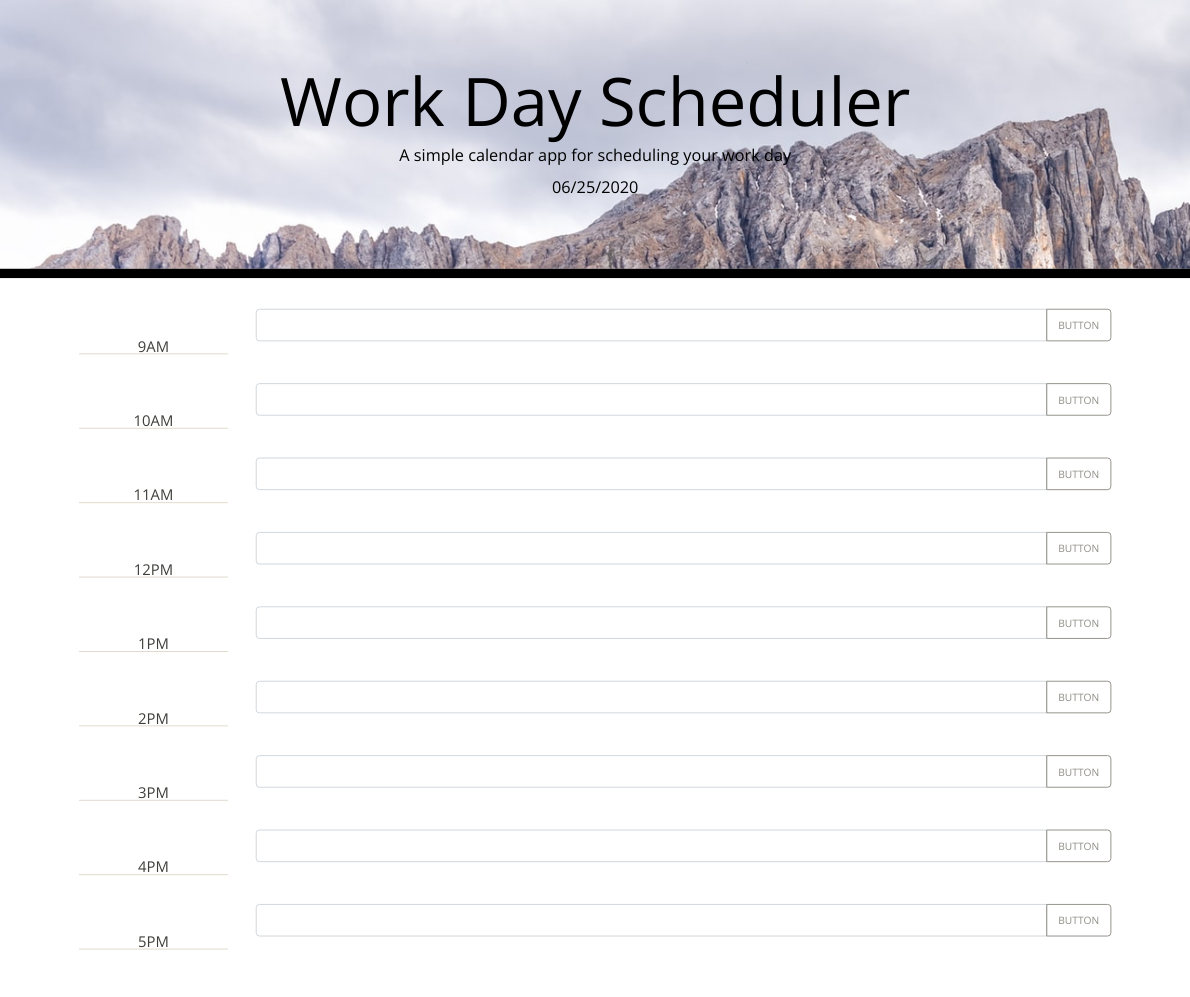
Repository: himaja830/Day-Planner
Page: Develop/index.html
An editor plug-in stored every save of this project. The page is shown before and after the next save, followed by the edit.
The browser window is 1280 px wide. The pictures show the whole page, at 93% of full size.
Some web libraries are served in a nearby version.

Above is the page before, as saved 2020-06-25 15:16:13.

### Develop/index.html
<!DOCTYPE html>
<html lang="en">

<head>
  <meta charset="UTF-8" />
  <meta name="viewport" content="width=device-width, initial-scale=1.0" />
  <meta http-equiv="X-UA-Compatible" content="ie=edge" />
  <link rel="stylesheet" href="https://stackpath.bootstrapcdn.com/bootstrap/4.3.1/css/bootstrap.min.css" />
  <link href="https://stackpath.bootstrapcdn.com/bootswatch/4.5.0/sandstone/bootstrap.min.css" rel="stylesheet" integrity="sha384-ztQCCdmKhYHBDMV3AyR4QGZ2/z6veowJBbsmvDJW/sTuMpB9lpoubJuD0ODGSbjh" crossorigin="anonymous">
  <link rel="stylesheet" href="https://use.fontawesome.com/releases/v5.8.1/css/all.css"
    integrity="sha384-50oBUHEmvpQ+1lW4y57PTFmhCaXp0ML5d60M1M7uH2+nqUivzIebhndOJK28anvf" crossorigin="anonymous" />
  <link href="https://fonts.googleapis.com/css?family=Open+Sans&display=swap" rel="stylesheet" />
  <link rel="stylesheet" href="style.css" />
  <title>Work Day Scheduler</title>
</head>

<body>
  <header class="jumbotron">
    <h1 class="display-3">Work Day Scheduler</h1>
    <p class="lead">A simple calendar app for scheduling your work day</p>
    <p id="currentDay" class="lead"></p>
  </header>

  <!-- Timeblocks go here -->
  <div class="container">
    <form></form>
    <div class="row">
      <div class="col-2">
        <p class= "border-bottom">9AM</p>
      </div>
      <div class="input-group mb-3 col-10">
        <input type="text" class="form-control"  aria-label="Recipient's username"
          aria-describedby="button-addon2" id="9">
        <div class="input-group-append">
          <button class="btn btn-outline-secondary" type="button" id="button-addon9" data-time="9">Button</button>
        </div>
      </div>
    </div>
  </form>
    <form>
      <div class="row">
        <div class="col-2">
          <p class="border-bottom">10AM</p>
        </div>
        <div class="input-group mb-3 col-10">
          <input type="text" class="form-control"  aria-label="Recipient's username"
            aria-describedby="button-addon2" id="10">
          <div class="input-group-append">
            <button class="btn btn-outline-secondary" type="button" id="button-addon10" data-time="10">Button</button>
          </div>
        </div>
      </div>
    </form>
    <div class="row">
      <div class="col-2">
        <p class="border-bottom">11AM</p>
      </div>
      <div class="input-group mb-3 col-10">
        <input type="text" class="form-control"  aria-label="Recipient's username"
          aria-describedby="button-addon2" id="11">
        <div class="input-group-append">
          <button class="btn btn-outline-secondary" type="button" id="button-addon11" data-time="11">Button</button>
        </div>
      </div>
    </div>
  </form>

    <form>
      <div class="row">
        <div class="col-2" >
          <p class="border-bottom">12PM</p>
        </div>
        <div class="input-group mb-3 col-10">
          <input type="text" class="form-control"  aria-label="Recipient's username"
            aria-describedby="button-addon2" id="12">
          <div class="input-group-append">
            <button class="btn btn-outline-secondary" type="button" id="button-addon12" data-time="12">Button</button>
          </div>
        </div>
      </div>
    </form>

    <form>
      <div class="row">
        <div class="col-2">
          <p class="border-bottom">1PM</p>
        </div>
        <div class="input-group mb-3 col-10">
          <input type="text" class="form-control"  aria-label="Recipient's username"
            aria-describedby="button-addon2" id="1">
          <div class="input-group-append">
            <button class="btn btn-outline-secondary" type="button" id="button-addon1" data-time="1">Button</button>
          </div>
        </div>
      </div>
    </form>

    <form>
      <div class="row">
        <div class="col-2">
          <p class="border-bottom">2PM</p>
        </div>
        <div class="input-group mb-3 col-10">
          <input type="text" class="form-control"  aria-label="Recipient's username"
            aria-describedby="button-addon2" id="2">
          <div class="input-group-append">
            <button class="btn btn-outline-secondary" type="button" id="button-addon2" data-time="2">Button</button>
          </div>
        </div>
      </div>
    </form>
    <form>
      <div class="row">
        <div class="col-2">
          <p class="border-bottom">3PM</p>
        </div>
        <div class="input-group mb-3 col-10">
          <input type="text" class="form-control"  aria-label="Recipient's username"
            aria-describedby="button-addon2" id="3">
          <div class="input-group-append">
            <button class="btn btn-outline-secondary" type="button" id="button-addon3" data-time="3">Button</button>
          </div>
        </div>
      </div>
    </form>

    <form>
      <div class="row">
        <div class="col-2">
          <p class="border-bottom">4PM</p>
        </div>
        <div class="input-group mb-3 col-10">
          <input type="text" class="form-control"  aria-label="Recipient's username"
            aria-describedby="button-addon2" id="4">
          <div class="input-group-append">
            <button class="btn btn-outline-secondary" type="button" id="button-addon4" data-time="4">Button</button>
          </div>
        </div>
      </div>
    </form>

    <form>
      <div class="row">
        <div class="col-2">
          <p class="border-bottom">5PM</p>
        </div>
        <div class="input-group mb-3 col-10">
          <input type="text" class="form-control"  aria-label="Recipient's username"
            aria-describedby="button-addon2" id="5">
          <div class="input-group-append">
            <button class="btn btn-outline-secondary" type="button" id="button-addon5" data-time="5">Button</button>
          </div>
        </div>
      </div>
    </form>
  </div>


  <script src="https://code.jquery.com/jquery-3.4.1.min.js"></script>
  <script src="https://cdnjs.cloudflare.com/ajax/libs/moment.js/2.24.0/moment.min.js"></script>
  <script src="script.js"></script>
</body>

</html>

### Develop/style.css
body {
  font-family: 'Open Sans', sans-serif;
  font-size: 16px;
  line-height: 1;
}

textarea{
  background: transparent;
  border: none;
  resize: none;
  color: #000000;
  border-left: 1px solid black;
  padding: 10px;
}

.jumbotron {
  text-align: center;
  background-color: transparent;
  font-weight: bolder;
  color: black;
  border-radius: 0;
  border-bottom: 10px solid black;
  background-image: url("riccardo-chiarini-2VDa8bnLM8c-unsplash (2).jpg");
}

.description{
  white-space: pre-wrap;
}

.time-block{
  text-align: center;
  border-radius: 15px;
}

.row {
  white-space: pre-wrap;
  height: 80px;
  border-top: 1px solid white;;
}

.hour {
  background-color: #ffffff;
  color: #000000;
  border-top: 1px dashed #000000;
}

.past {
  background-color: #d3d3d3;
  color: white;
}

.present {
  background-color: #ff6961;
  color: white;
}

.future {
  background-color: #77dd77;
  color: white;
}

.saveBtn {
  border-left: 1px solid black;
  border-top-right-radius: 15px;
  border-bottom-right-radius: 15px;
  background-color: #06AED5;
  color: white;
}
.border-bottom {
  text-align: center;
  vertical-align: middle;


}

.saveBtn i:hover {
  font-size: 20px;
  transition: all .3s ease-in-out;
}
.btn {
  height: 35px;
}
.bg-red {
  background-color: rgb(255, 1, 1);
}
.bg-green {

  background-color: rgba(8, 131, 8, 0.788);
}

.bg-gray {
  background-color: #cfdce9da;
}

### Develop/script.js
$(document).ready(() => {
    localStorage.setItem("userData",[]);


    var now = moment().format("MM/DD/YYYY");
    var date = $("#currentDay");
    date.text(now);



    $(".btn").on("click", function (event) {
        event.preventDefault();
        var inputText = event.target;
        var input = $(this).attr("data-time");
        var inputText = $(`#${input}`).val();
        localStorage.setItem("inputText",$(`#${input}`).val());
    })


    function setItemStorage(userData){
         var userData = getItem
    }

    $("input").each(function () {
        var inputText = parseInt($(this).attr("data-time"));
        if (inputText < now) {
            $(this).addClass("bg-gray");
        }


        if (inputText > now) {
            $(this).addClass("bg-green")
        }

        if (inputText === now) {
            $(this).addClass("bg-red")
        }
})


});

After the next save:
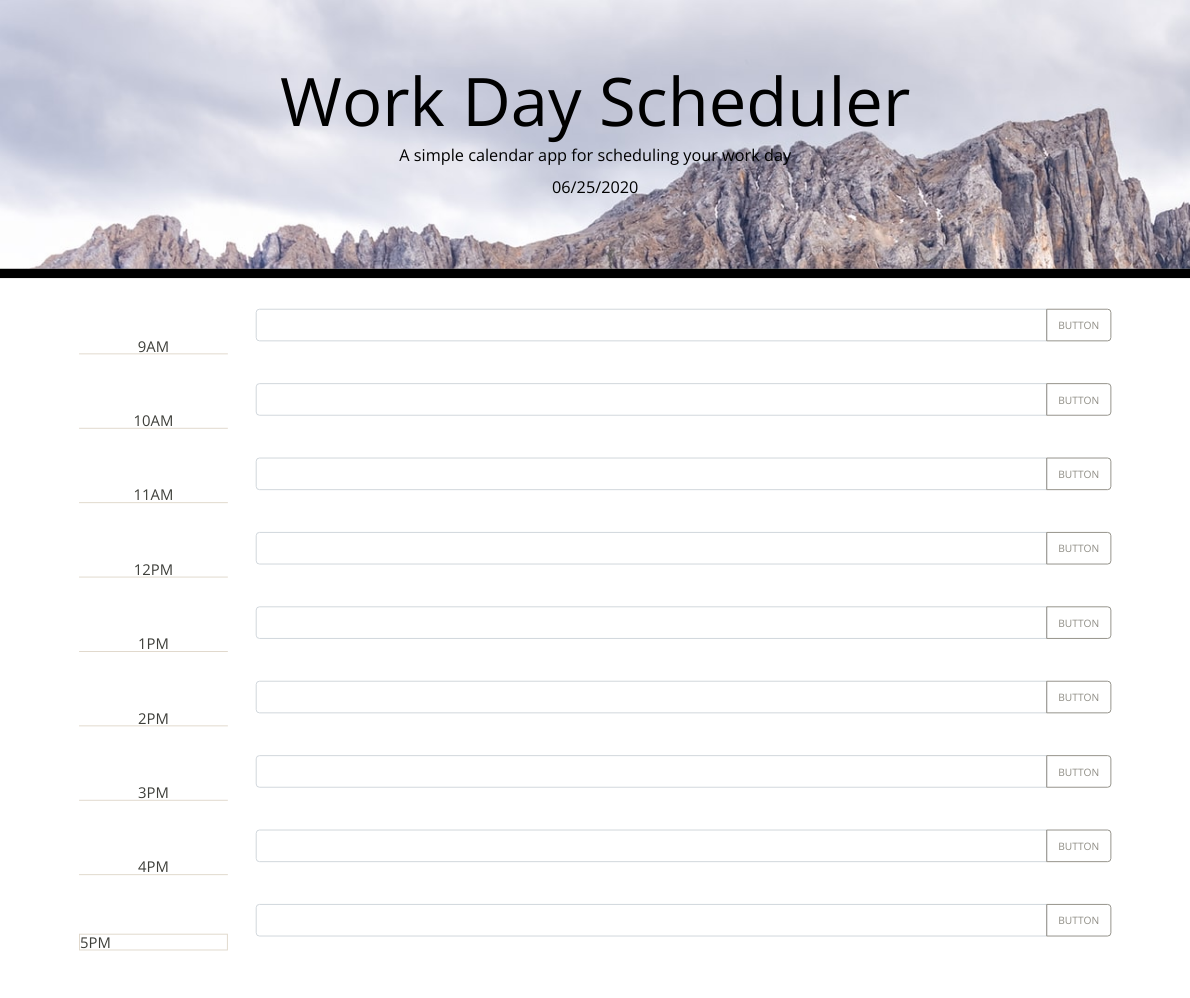
Saved 100 s later.
--- a/Develop/index.html
+++ b/Develop/index.html
@@ -142,7 +142,7 @@
     <form>
       <div class="row">
         <div class="col-2">
-          <p class="border-bottom">5PM</p>
+          <p class="border">5PM</p>
         </div>
         <div class="input-group mb-3 col-10">
           <input type="text" class="form-control"  aria-label="Recipient's username"

After the save that followed:
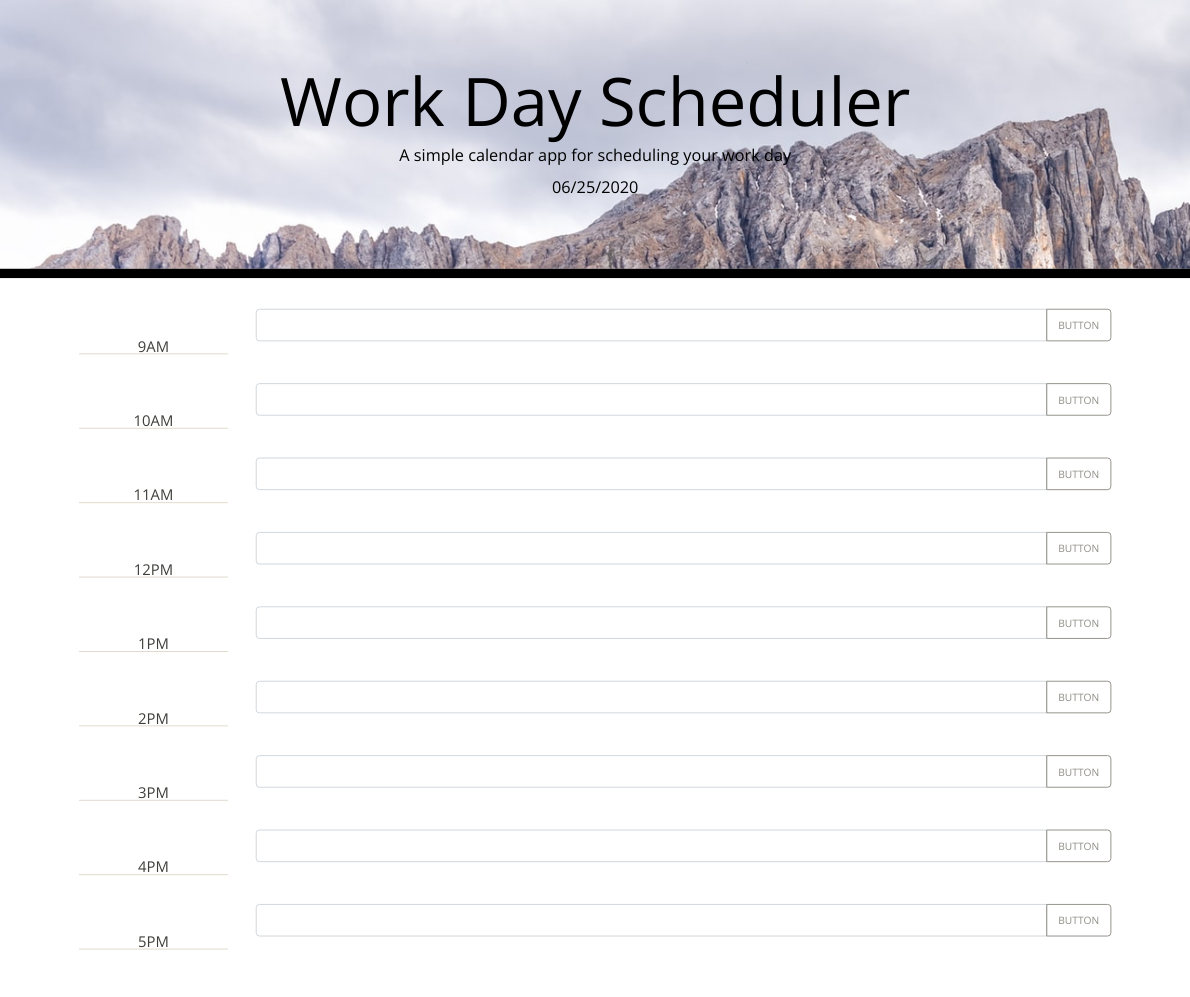
Saved 52 s later.
--- a/Develop/index.html
+++ b/Develop/index.html
@@ -142,7 +142,7 @@
     <form>
       <div class="row">
         <div class="col-2">
-          <p class="border">5PM</p>
+          <p class="border-bottom">5PM</p>
         </div>
         <div class="input-group mb-3 col-10">
           <input type="text" class="form-control"  aria-label="Recipient's username"
